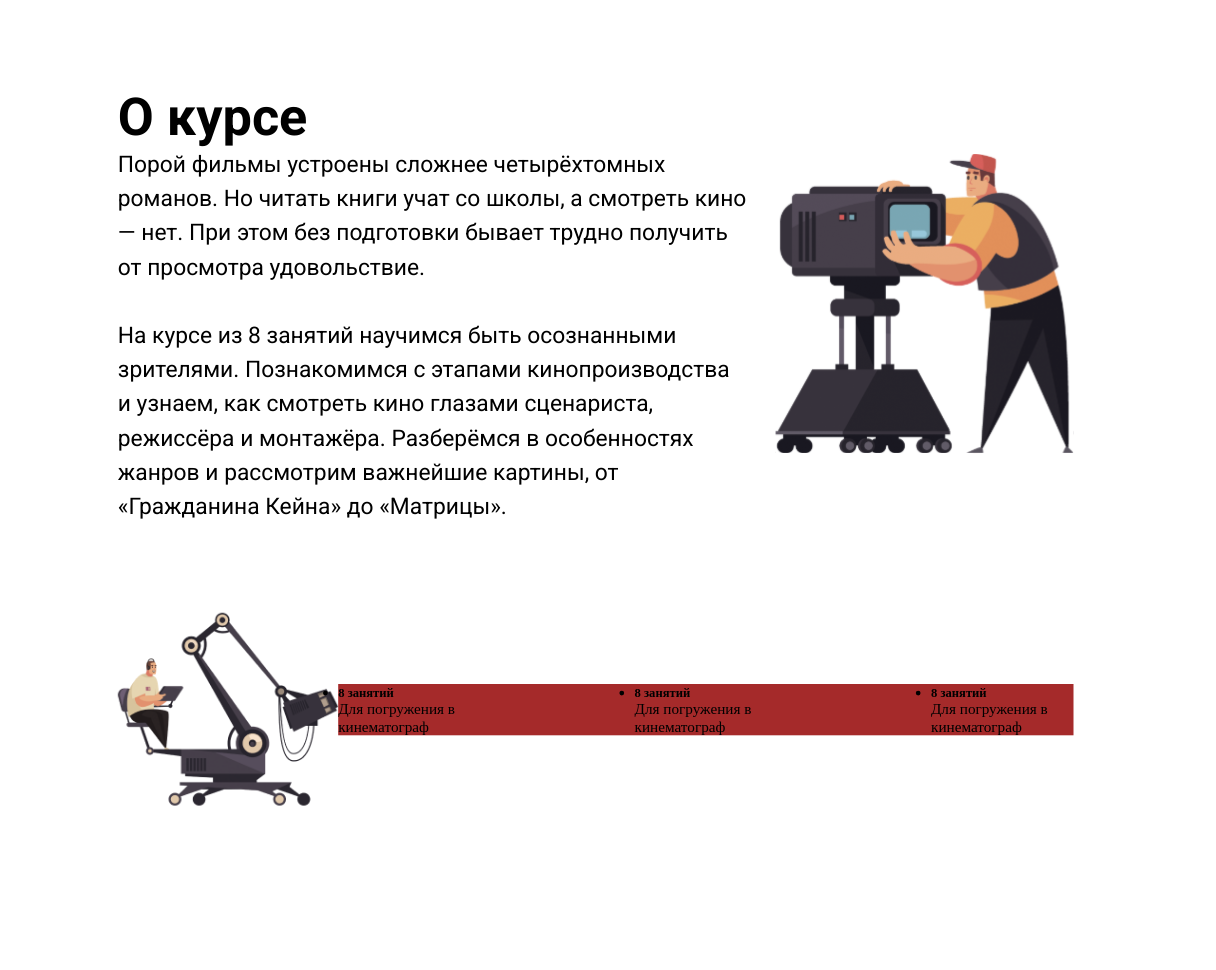
Repository: AytacSafarova/task-figma--1
Page: index.html
The author's editor kept a copy of each file at every save. The page is drawn from the files as they stood at one save, then again after a run of saves.
The browser window is 1280 px wide. The pictures show the whole page, at 95% of full size.

Above is the page before, as saved 2023-04-29 20:41:44.

After the next 2 saves:
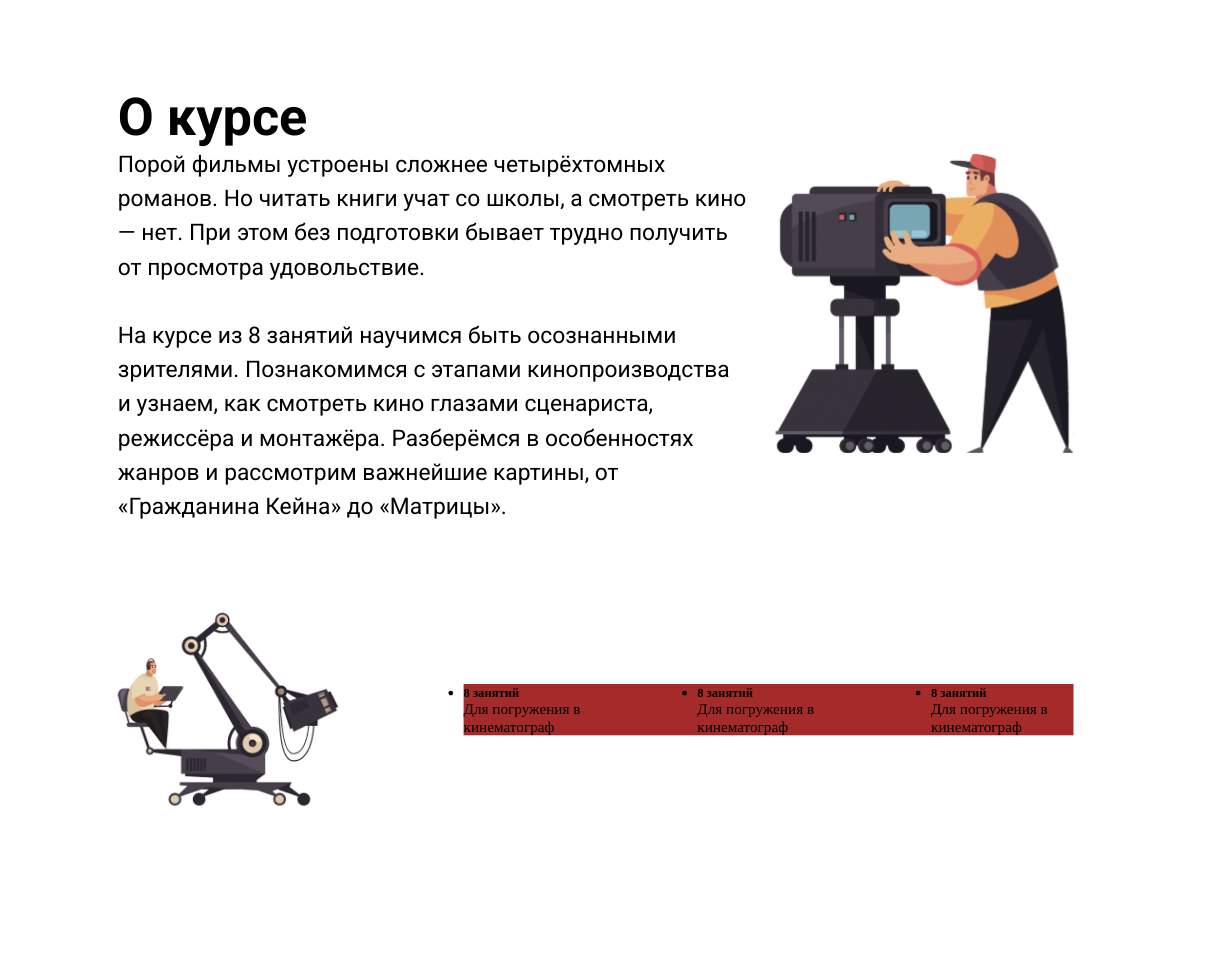
The 2 saves are shown as one change because they came seconds apart.
The last was saved 19 s later.
--- a/index.css
+++ b/index.css
@@ -42,6 +42,7 @@
 
 
 ul {
+    margin-left: 132px;
   display: flex;
   justify-content: space-between;
   background-color: brown;
